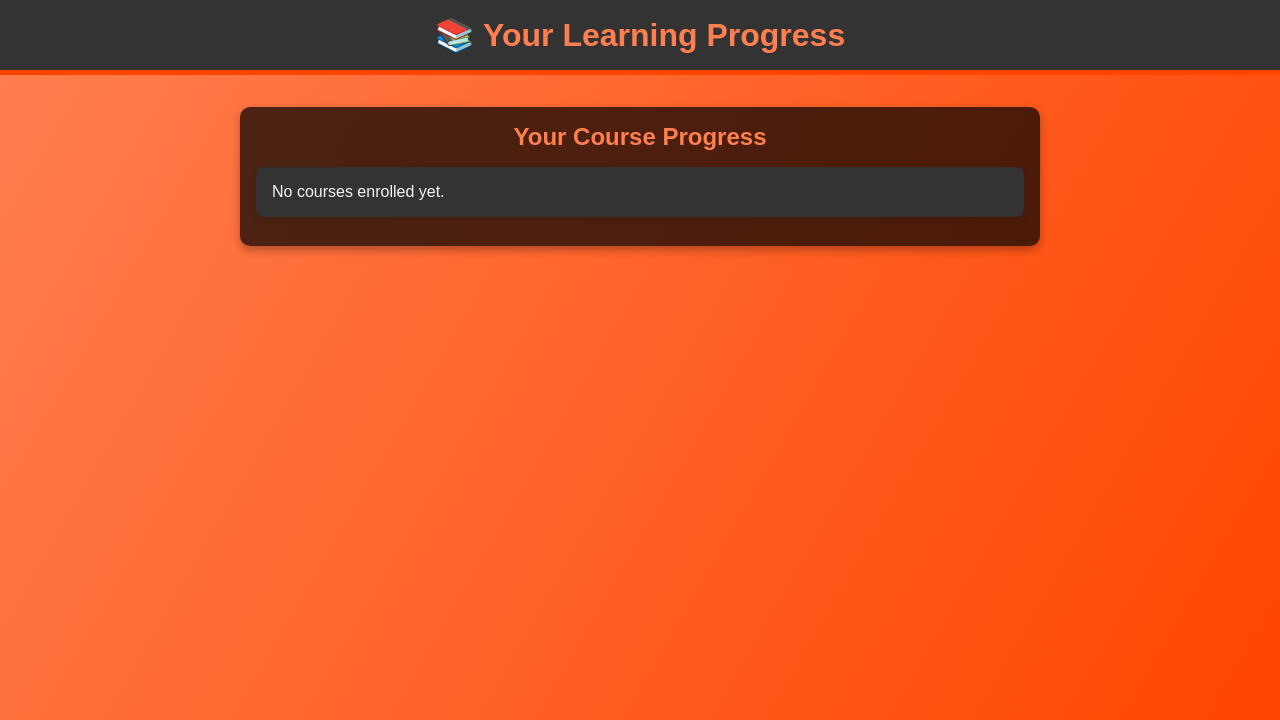
Repository: Syed1818/project
Page: http://localhost/progress-tracker.php
An editor plug-in stored every save of this project. The page is shown before and after the next save, followed by the edit.
The browser window is 1280 px wide. The pictures show the whole page.
The page is run by PHP 8.4 with error messages shown; the project is at /var/www/html/. The session is filled in as if someone had signed in: {"user_id": 1}. Other server files are loaded and not shown. Queries for data that is not in the repository find no rows.

Above is the page before, as saved 2024-12-07 17:51:26.

### progress-tracker.php
<?php
session_start();

if (!isset($_SESSION['user_id'])) {
    header("Location: login.php");
    exit();
}
?>
<!DOCTYPE html>
<html lang="en">
<head>
    <meta charset="UTF-8">
    <meta name="viewport" content="width=device-width, initial-scale=1.0">
    <title>Progress Tracker</title>
    <style>
        /* General Reset */
        * {
            margin: 0;
            padding: 0;
            box-sizing: border-box;
        }

        body {
            font-family: 'Arial', sans-serif;
            background: linear-gradient(120deg, #ff7f50, #ff4500); /* Orange gradient background */
            color: #f4f4f4; /* Light text for contrast */
            min-height: 100vh;
            display: flex;
            flex-direction: column;
        }

        /* Header Styling */
        .header {
            background-color: #333; /* Dark background for header */
            color: #ff7f50; /* Orange text */
            padding: 1rem;
            text-align: center;
            border-bottom: 5px solid #ff4500; /* Orange bottom border */
        }

        .header h1 {
            font-size: 2rem;
            font-weight: bold;
        }

        /* Section Styling */
        .progress-section {
            margin: 2rem auto;
            padding: 1rem;
            max-width: 800px;
            background: rgba(0, 0, 0, 0.7); /* Semi-transparent black background */
            border-radius: 10px;
            box-shadow: 0 4px 10px rgba(0, 0, 0, 0.3);
        }

        .progress-section h2 {
            font-size: 1.5rem;
            text-align: center;
            margin-bottom: 1rem;
            color: #ff7f50; /* Orange text for section titles */
        }

        /* Progress List Styling */
        .progress-container ul {
            list-style: none;
            padding: 0;
        }

        .progress-container li {
            background: #333; /* Dark background for progress items */
            margin: 0.8rem 0;
            padding: 1rem;
            border-radius: 8px;
            box-shadow: 0 3px 6px rgba(0, 0, 0, 0.1);
            display: flex;
            flex-direction: column;
            gap: 0.5rem;
        }

        .progress-container strong {
            font-size: 1.2rem;
            color: #ff7f50; /* Orange color for course names */
        }

        .progress-container form {
            display: flex;
            justify-content: space-between;
            align-items: center;
            gap: 1rem;
        }

        /* Progress Bar */
        .progress-bar {
            width: 100%;
            background: #e0e0e0;
            border-radius: 20px;
            height: 15px;
            position: relative;
            overflow: hidden;
        }

        .progress-bar span {
            display: block;
            height: 100%;
            background-color: #ff7f50; /* Orange progress bar */
            width: 0;
            border-radius: 20px;
            transition: width 0.4s ease-in-out;
        }

        /* Inputs and Buttons */
        input[type="number"] {
            width: 60px;
            padding: 0.5rem;
            border: 1px solid #ccc;
            border-radius: 5px;
        }

        button {
            background-color: #ff4500; /* Orange button */
            color: white;
            border: none;
            padding: 0.5rem 1rem;
            border-radius: 5px;
            cursor: pointer;
            transition: background-color 0.3s;
        }

        button:hover {
            background-color: #ff6347; /* Lighter orange on hover */
        }

    </style>
</head>
<body>
    <header class="header">
        <h1>📚 Your Learning Progress</h1>
    </header>
    <main>
        <section class="progress-section">
            <h2>Your Course Progress</h2>
            <div class="progress-container">
                <?php include 'fetch_progress.php'; ?>
            </div>
        </section>
    </main>
</body>
</html>

### fetch_progress.php
<?php
if (session_status() === PHP_SESSION_NONE) {
    session_start();
}

include 'connect.php';

if (!isset($_SESSION['user_id'])) {
    header("Location: login.php");
    exit();
}

$user_id = $_SESSION['user_id'];
$sql = "
    SELECT enrollments.id AS enrollment_id, courses.title, enrollments.progress
    FROM enrollments
    INNER JOIN courses ON enrollments.course_id = courses.id
    WHERE enrollments.user_id = '$user_id'";
$result = $conn->query($sql);

echo "<ul>";
if ($result->num_rows > 0) {
    while ($row = $result->fetch_assoc()) {
        $progress = $row['progress'];
        echo "<li>
                <strong>" . htmlspecialchars($row['title']) . "</strong>
                <div class='progress-bar'>
                    <span style='width: " . $progress . "%;'></span>
                </div>
                <form action='update-progress.php' method='POST'>
                    <input type='hidden' name='enrollment_id' value='" . $row['enrollment_id'] . "'>
                    <input type='number' name='progress' min='0' max='100' value='" . $progress . "'>
                    <button type='submit'>Update</button>
                </form>
                </li>";
    }
} else {
    echo "<li>No courses enrolled yet.</li>";
}
echo "</ul>";

### connect.php
<?php
$host = '127.0.0.1'; // Database host (localhost in most cases)
$db = 'elearning'; // Your database name
$user = 'myadmin'; // MySQL username
$pass = 'syedshahid@123'; // MySQL password

// Create a MySQLi connection
$conn = new mysqli($host, $user, $pass, $db);

// Check the connection
if ($conn->connect_error) {
    die("Connection failed: " . $conn->connect_error);
}
?>

After the next save:
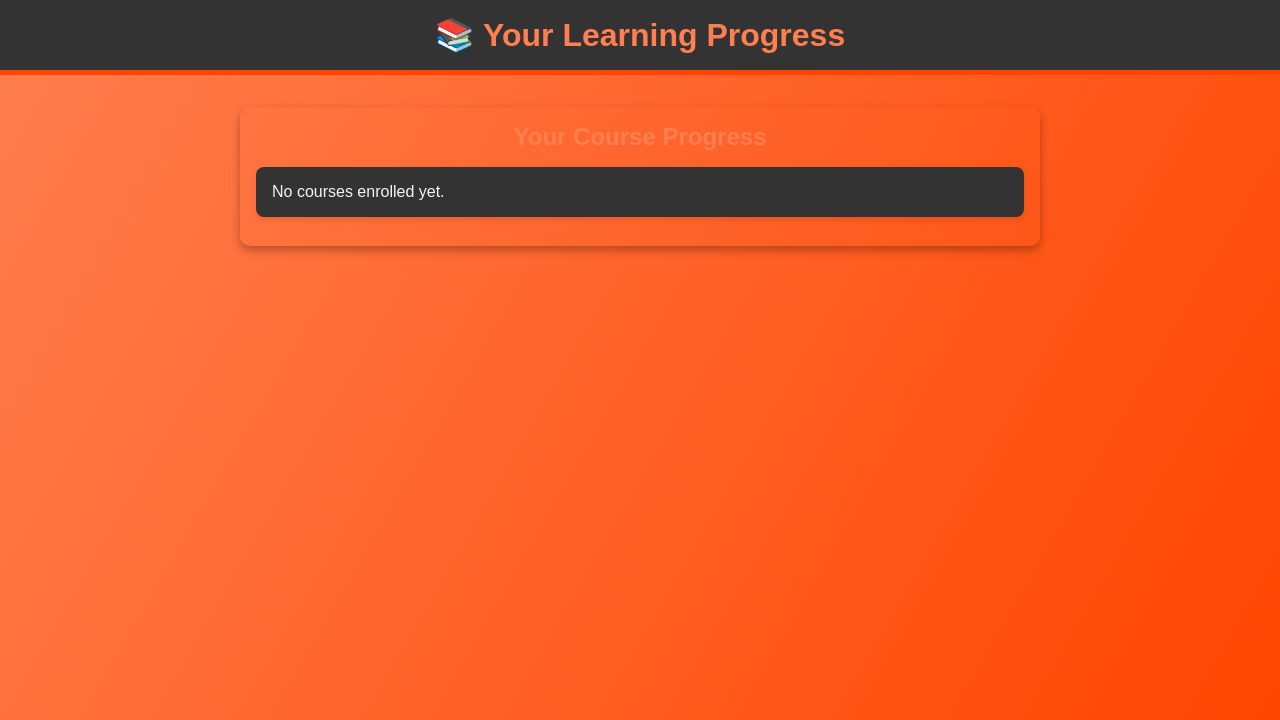
Saved 45 s later.
--- a/progress-tracker.php
+++ b/progress-tracker.php
@@ -48,7 +48,7 @@ if (!isset($_SESSION['user_id'])) {
             margin: 2rem auto;
             padding: 1rem;
             max-width: 800px;
-            background: rgba(0, 0, 0, 0.7); /* Semi-transparent black background */
+            background: transparent; /* Semi-transparent black background */
             border-radius: 10px;
             box-shadow: 0 4px 10px rgba(0, 0, 0, 0.3);
         }
